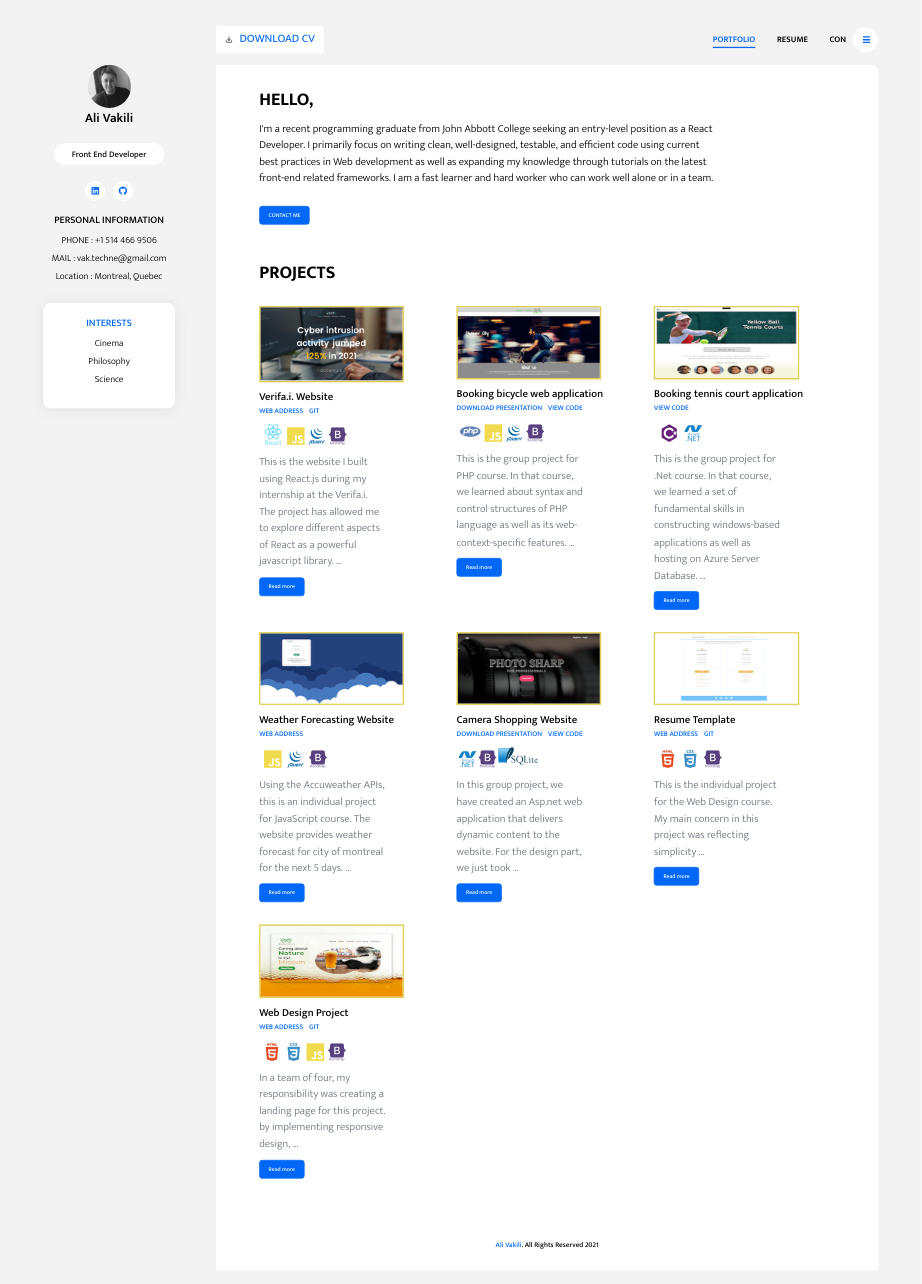
Repository: Ali-VB/portfolio_static
Page: index.html
An editor plug-in stored every save of this project. The page is shown before and after the next save, followed by the edit.
The browser window is 1280 px wide. The pictures show the whole page, at 72% of full size.
Some web libraries are served in a nearby version.

Above is the page before, as saved 2022-05-11 21:54:17.

After the next save:
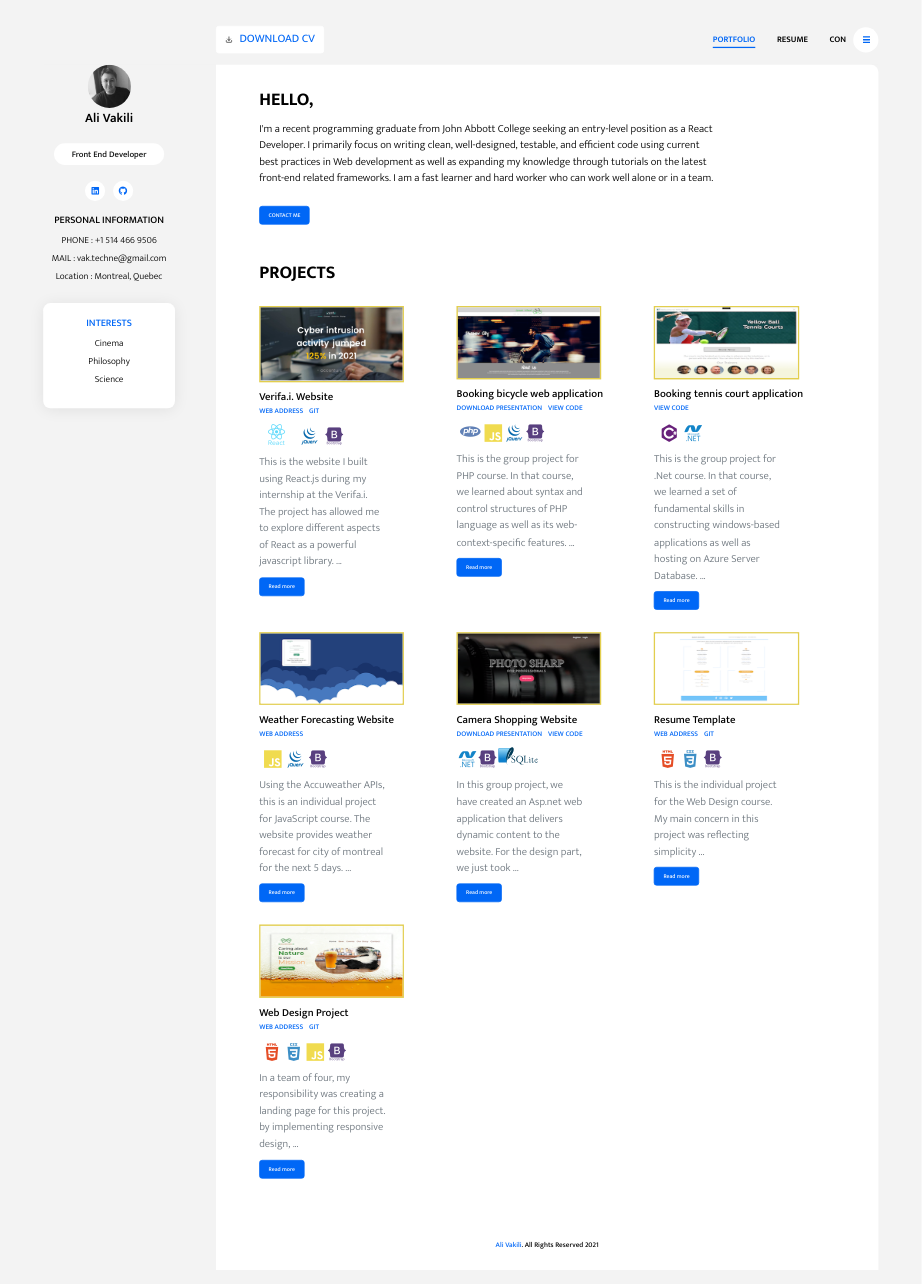
Saved 25 s later.
--- a/index.html
+++ b/index.html
@@ -123,7 +123,7 @@
                             <div class="client-logo"><i style="font-size: 30px;" class="devicon-react-original-wordmark colored "></i>
                             </div>
                             <div class="client-logo"><i style="font-size: 25px;"
-                                    class="devicon-javascript-plain colored "></i></div>
+                                    ></i></div>
                             <div class="client-logo"><i style="font-size: 25px;"
                                     class="devicon-jquery-plain-wordmark colored "></i></div>
                             <div class="client-logo"><i style="font-size: 25px;"
